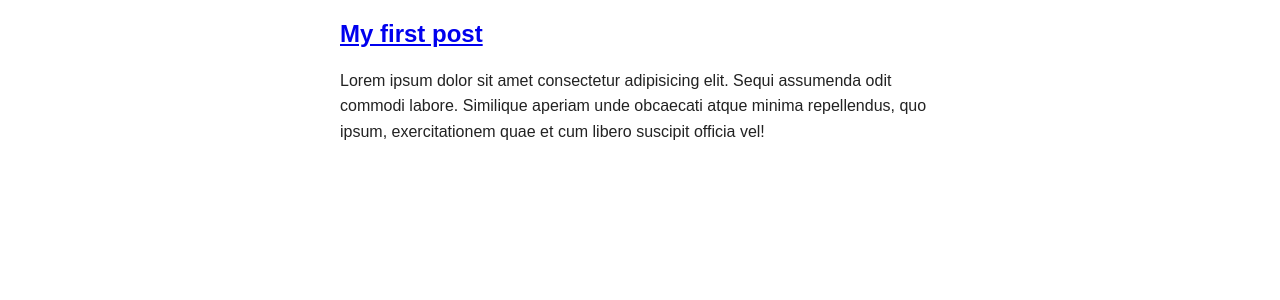
Repository: PiotrMigdal/blogmigdalapp
Page: resources/posts/my-first-post.html
The author's editor kept a copy of each file at every save. The page is drawn from the files as they stood at one save, then again after the next save.
The browser window is 1280 px wide. The pictures show the whole page.

Above is the page before, as saved 2021-08-28 08:35:59.

### resources/posts/my-first-post.html
<!DOCTYPE html>
<html lang="en">
<head>
  <meta charset="UTF-8">
  <meta http-equiv="X-UA-Compatible" content="IE=edge">
  <meta name="viewport" content="width=device-width, initial-scale=1.0">
  <title>My Blog</title>
  <link rel="stylesheet" href="/app.css"></link>
</head>
<body>
  <article>
    <h1><a href='/post'>My first post</a></h1>
    <p>Lorem ipsum dolor sit amet consectetur adipisicing elit. Sequi assumenda odit commodi labore. Similique aperiam unde obcaecati atque minima repellendus, quo ipsum, exercitationem quae et cum libero suscipit officia vel!</p>
  </article>
</body>
</html>

### public/app.css
body {
  background: white;
  color: #222222;
  max-width: 600px;
  margin: auto;
  font-family: sans-serif;
}

p {
  line-height: 1.6;
}

article + article {
  margin-top: 3rem;
  padding-top: 3rem;
  border-top: 1px solid #c5c5c5;

}

After the next save:
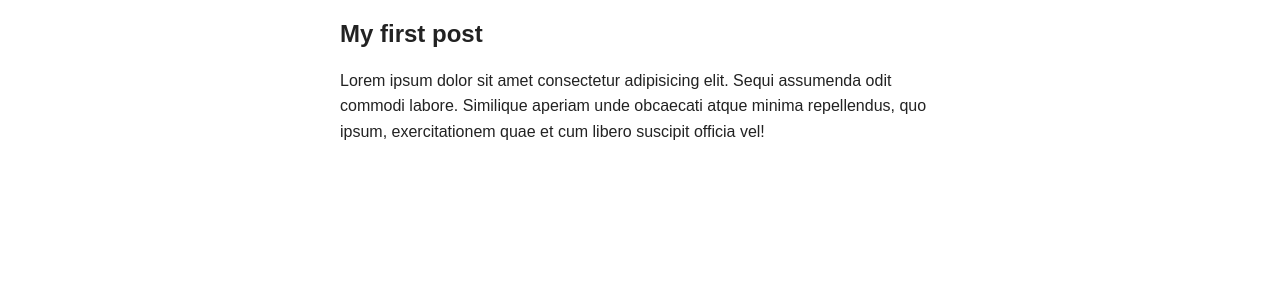
Saved 16 min 16 s later.
--- a/resources/posts/my-first-post.html
+++ b/resources/posts/my-first-post.html
@@ -9,7 +9,7 @@
 </head>
 <body>
   <article>
-    <h1><a href='/post'>My first post</a></h1>
+    <h1>My first post</h1>
     <p>Lorem ipsum dolor sit amet consectetur adipisicing elit. Sequi assumenda odit commodi labore. Similique aperiam unde obcaecati atque minima repellendus, quo ipsum, exercitationem quae et cum libero suscipit officia vel!</p>
   </article>
 </body>
